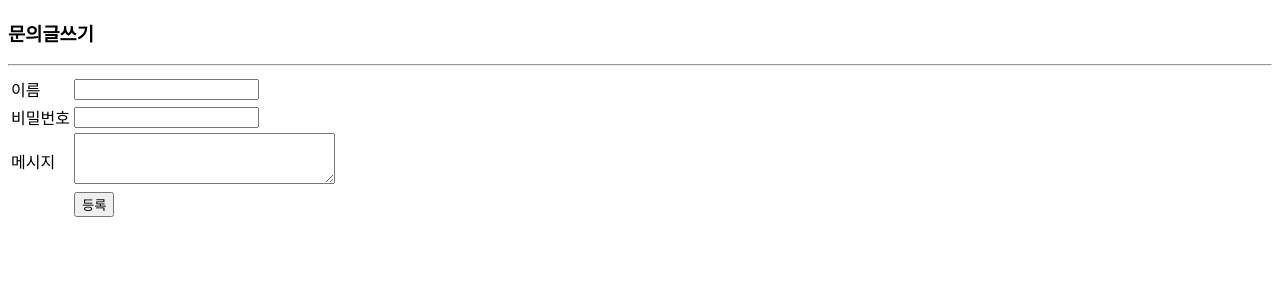
Repository: soo74/bitcamp2019_hs
Page: http://localhost/client_riding/writeForm.jsp
An editor plug-in stored every save of this project. The page is shown before and after the next save, followed by the edit.
The browser window is 1280 px wide. The pictures show the whole page.
The page is served by Tomcat 9.

Above is the page before, as saved 2019-09-06 01:18:33.

### client_riding/WebContent/writeForm.jsp
<%@ page language="java" contentType="text/html; charset=UTF-8"
    pageEncoding="UTF-8"%>
<!DOCTYPE html>
<html>
<head>
<meta charset="UTF-8">
<title>Insert title here</title>
<script src="https://code.jquery.com/jquery-1.12.4.js"></script>
<style>

</style>
</head>
<body>

	<h3>문의글쓰기</h3>
	<hr>
	<form action="write" method="post">
		<table>
			<tr>
				<td>이름</td>
				<td><input type="text" name="guestName"></td>
			</tr>
			<tr>
				<td>비밀번호</td>
				<td><input type="password" name="password"></td>
			</tr>
			<tr>
				<td>메시지</td>
				<td><textarea rows="3" cols="30" name="message"></textarea></td>
			</tr>
			<tr>
				<td></td>
				<td><input type="submit" value="등록"></td>
			</tr>
		</table>
	</form>

</body>
</html>

After the next save:
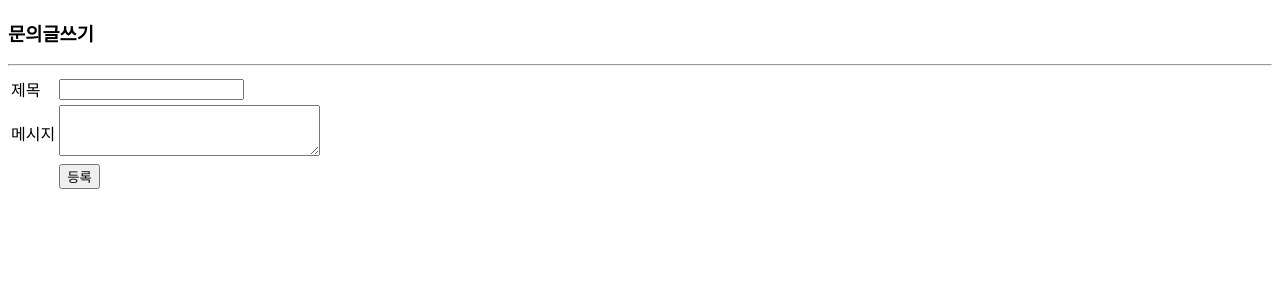
Saved 49 s later.
--- a/client_riding/WebContent/writeForm.jsp
+++ b/client_riding/WebContent/writeForm.jsp
@@ -17,12 +17,8 @@
 	<form action="write" method="post">
 		<table>
 			<tr>
-				<td>이름</td>
-				<td><input type="text" name="guestName"></td>
-			</tr>
-			<tr>
-				<td>비밀번호</td>
-				<td><input type="password" name="password"></td>
+				<td>제목</td>
+				<td><input type="text" name="title"></td>
 			</tr>
 			<tr>
 				<td>메시지</td>
